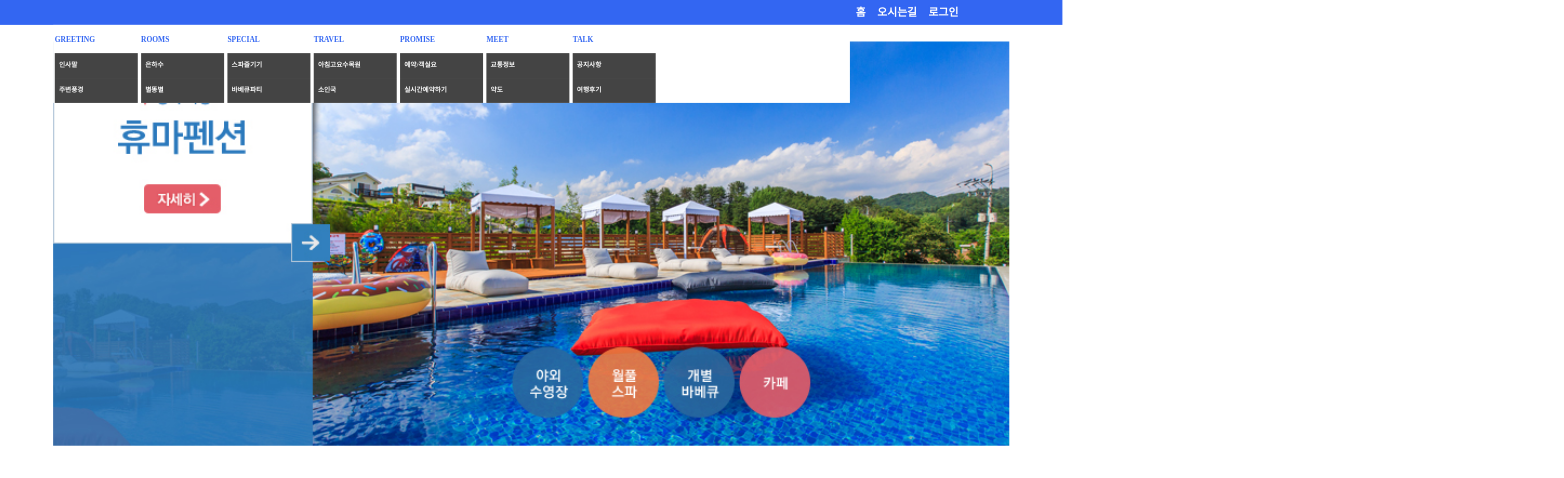
Repository: hojohe/bit-java
Page: 07_css/WebContent/99_exam/exam03.html
An editor plug-in stored every save of this project. The page is shown before and after the next save, followed by the edit.
The browser window is 1280 px wide. The page is 1884 px wide, so the pictures cover 1884 px, including what lies to the right of the window. The pictures show the whole page, at 83% of full size.

Above is the page before, as saved 2017-01-25 06:36:35.

### 07_css/WebContent/99_exam/exam03.html
<!DOCTYPE html>
<html>
<head>
<meta charset="EUC-KR">
<title>Insert title here</title>
<link rel="stylesheet" style="text/css" href="exam03.css" />
</head>
<body>
	<div class="header" style="background: #3366F2;">
		<ul class="headerLnb">
			<li>
				<a>홈</a>
			</li>
			<li>
				<a>오시는길</a>
			</li>
			<li>
				<a>로그인</a>
			</li>
		</ul>
	</div>
	<div class="container">

		<ul class="mainLnb">
			<li><a>GREETING</a>
				<ul>
					<li><a>인사말</a></li>
					<li><a>주변풍경</a></li>
				</ul>
			</li>
			<li><a>ROOMS</a>
				<ul>
					<li><a>은하수</a></li>
					<li><a>별똥별</a></li>
				</ul>
			</li>
			<li><a>SPECIAL</a>
				<ul>
					<li><a>스파즐기기</a></li>
					<li><a>바베큐파티</a></li>
				</ul>
			</li>
			<li><a>TRAVEL</a>
				<ul>
					<li><a>아침고요수목원</a></li>
					<li><a>소인국</a></li>
				</ul>
			</li>
			<li><a>PROMISE</a>
				<ul>
					<li><a>예약/객실요</a></li>
					<li><a>실시간예약하기</a></li>
				</ul>
			</li>
			<li><a>MEET</a>
				<ul>
					<li><a>교통정보</a></li>
					<li><a>약도</a></li>
				</ul>
			</li>
			<li><a>TALK</a>
				<ul>
					<li><a>공지사항</a></li>
					<li><a>여행후기</a></li>
				</ul>
			</li>
		</ul>
		<div class="imgbox">
				<img src="../images/pension.jpg"	/>
		</div>
	</div>
</body>
</html>

### 07_css/WebContent/99_exam/exam03.css
@CHARSET "EUC-KR";

* { margin: 0px; padding: 0px; }

.header {
	width: 100%;
	height: 30px;
	background: #3366F2;
}

.container {
	width: 90%;
	margin: 0 auto;
}


a {	text-decoration: none; transition: .7s; }

li { list-style: none; }

ul.headerLnb { width:860px; margin: 0 80%; background-color: #3366F2;}
ul.headerLnb > li { float:left; }
ul.headerLnb a {
	background: #3366F2;
	color: #fff;
	width: 120px;
	height: 30px;
	display: inline;
	font-size: 13px;
	font-weight: bold;
	line-height: 30px;
}

ul.headerLnb > li > a {text-align: right; margin: 7px;}



ul.mainLnb { width:960px;  margin: 0 auto; background-color: #fff; position: absolute;}

ul.mainLnb>li:first-child { clear: both; }
ul.mainLnb > li { float: left; }
ul.mainLnb a {
	background: #fff;
	width: 100px;
	height: 30px;
	display: block;
	font-size: 9px;
	font-weight: bold;
	line-height: 30px;
}

ul.mainLnb > li > a {
	text-align: left;
	margin: 2px;
	color: #3366F2;
}

ul.mainLnb > li:hover > a {
	background: #fff;
	color: #3366F2;
}

ul.mainLnb > li > ul {
	/* display: none; */
}

ul.mainLnb > li:hover > ul {
	background-color: #444;
	width: 100px;
	/* display:block; */
}

ul.mainLnb > li > ul > li > a {
	margin-left: 2px;
	padding-left: 5px;
	background-color: #444;
	box-sizing: border-box;
	color: #fff;
	font-size: 8px;
}

ul.mainLnb > li > ul > li > a:hover {
	background: #444;
	color: white;
}

div.imgbox > img {
	width: 100%;
	margin: 20px auto;
}

After the next save:
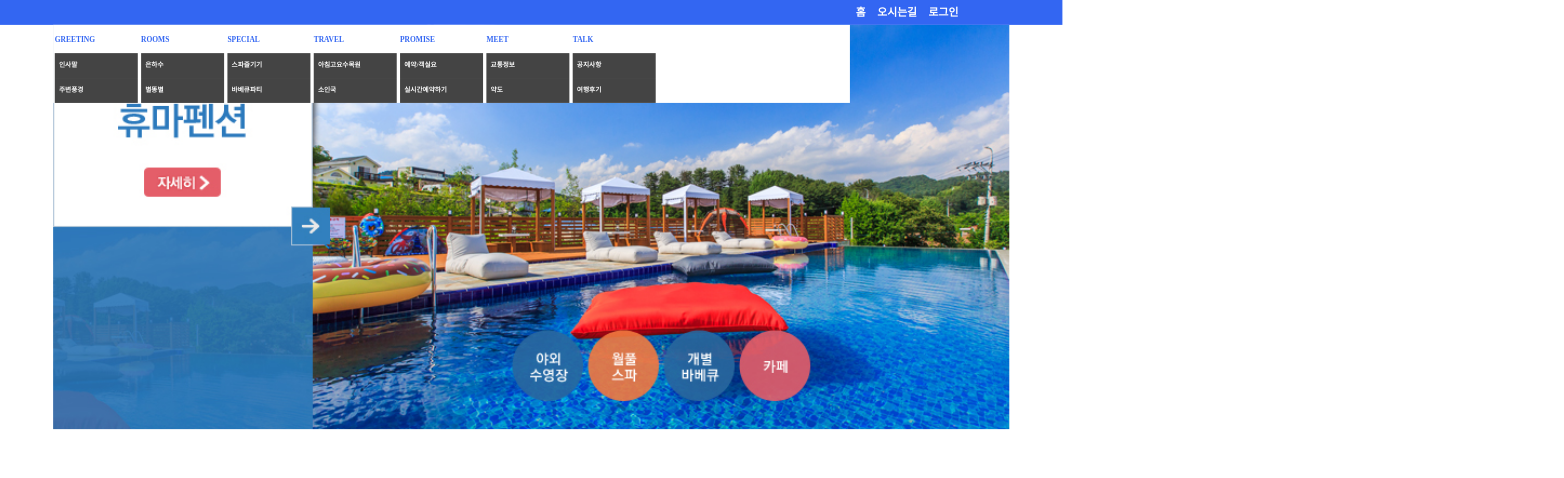
Saved 8 s later.
--- a/07_css/WebContent/99_exam/exam03.css
+++ b/07_css/WebContent/99_exam/exam03.css
@@ -86,5 +86,5 @@
 
 div.imgbox > img {
 	width: 100%;
-	margin: 20px auto;
+	margin-top: 20px auto;
 }

After the save that followed:
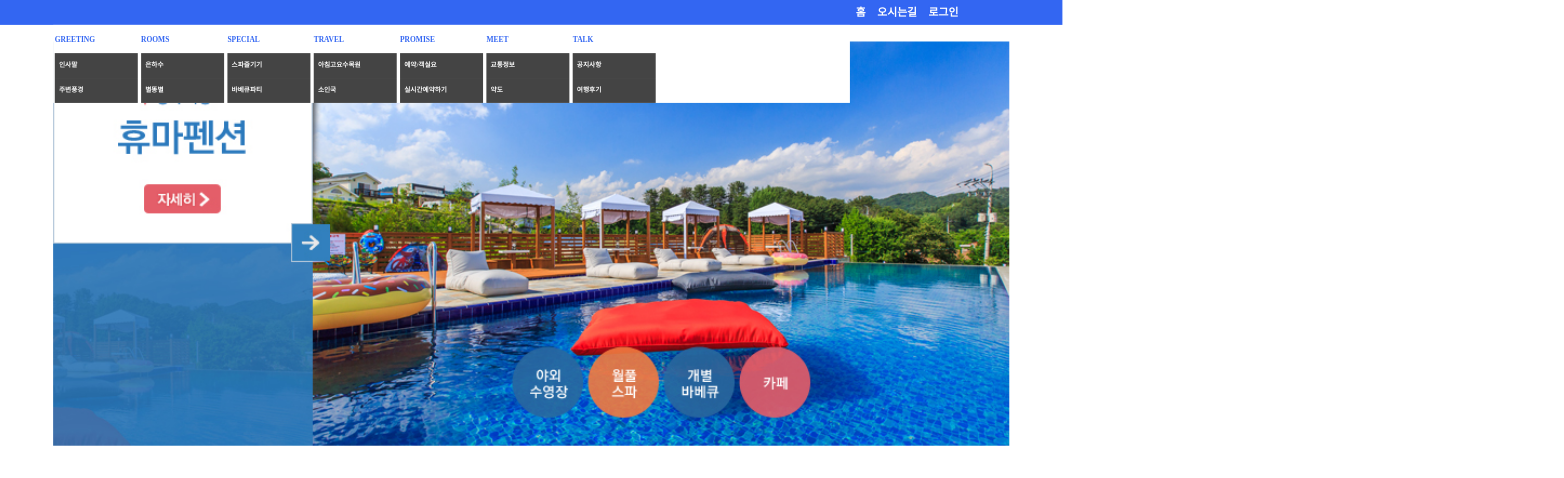
Saved 4 s later.
--- a/07_css/WebContent/99_exam/exam03.css
+++ b/07_css/WebContent/99_exam/exam03.css
@@ -86,5 +86,5 @@
 
 div.imgbox > img {
 	width: 100%;
-	margin-top: 20px auto;
+	margin-top: 20px;
 }
